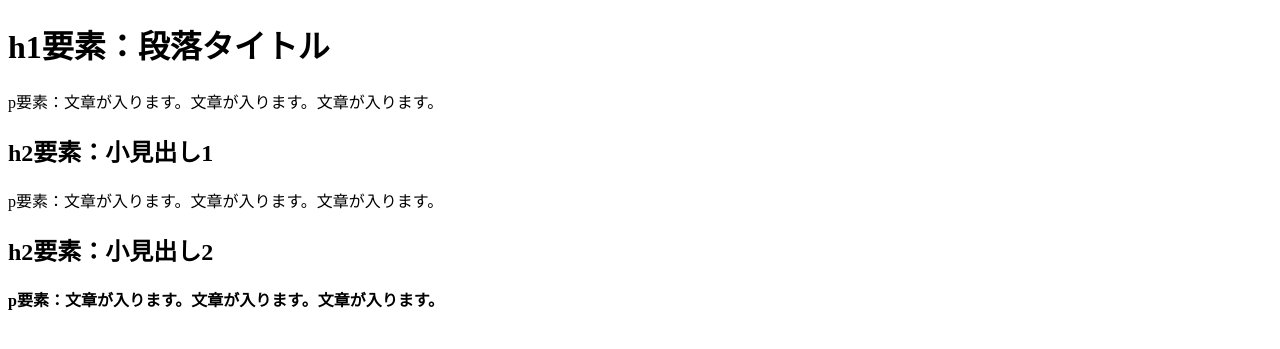
Repository: KAZMA5/samurai_HTML-CSS
Page: 20210325/bb.html
The author's editor kept a record of every edit. The page is drawn from the files as they stood at one moment, then again after the next edit.
The browser window is 1280 px wide. The pictures show the whole page.

Above is the page before.

### 20210325/bb.html
<!DOCTYPE html>
<html lang="ja">
    <head>
        <meta charset="UTF-8">
        <title>HTML/CSSの学習</title>
    </head>
    <body>
        <h1 class="blue">h1要素：段落タイトル</h1>
        <p>p要素：文章が入ります。文章が入ります。文章が入ります。</p>
        <h2 class="blue">h2要素：小見出し1</h2>
        <p class="fs-25">
            p要素：文章が入ります。文章が入ります。文章が入ります。
        </p>
        <h2 id="red">h2要素：小見出し2</h2>
        <p style="font-weight: bold;">
            p要素：文章が入ります。文章が入ります。文章が入ります。
        </p>
    </body>
</html>

After the next edit:
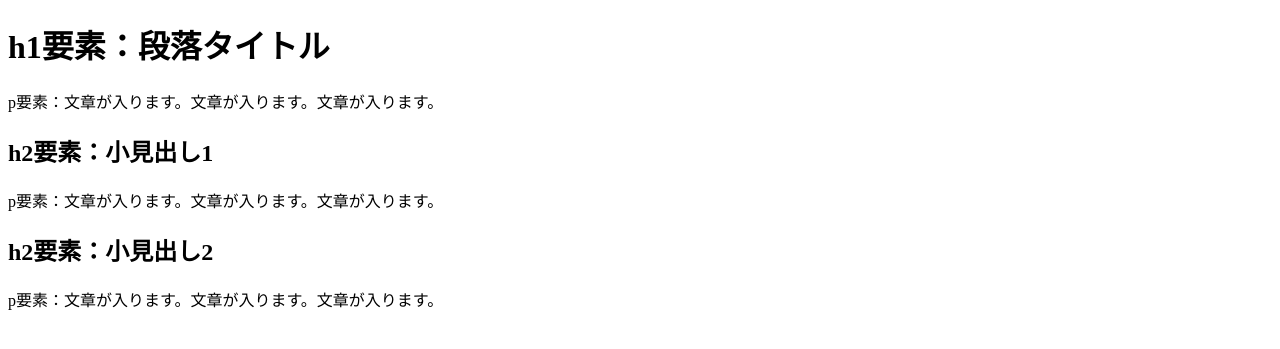
The edit:
--- a/20210325/bb.html
+++ b/20210325/bb.html
@@ -12,7 +12,7 @@
             p要素：文章が入ります。文章が入ります。文章が入ります。
         </p>
         <h2 id="red">h2要素：小見出し2</h2>
-        <p style="font-weight: bold;">
+        <p class="fw-bold">
             p要素：文章が入ります。文章が入ります。文章が入ります。
         </p>
     </body>
